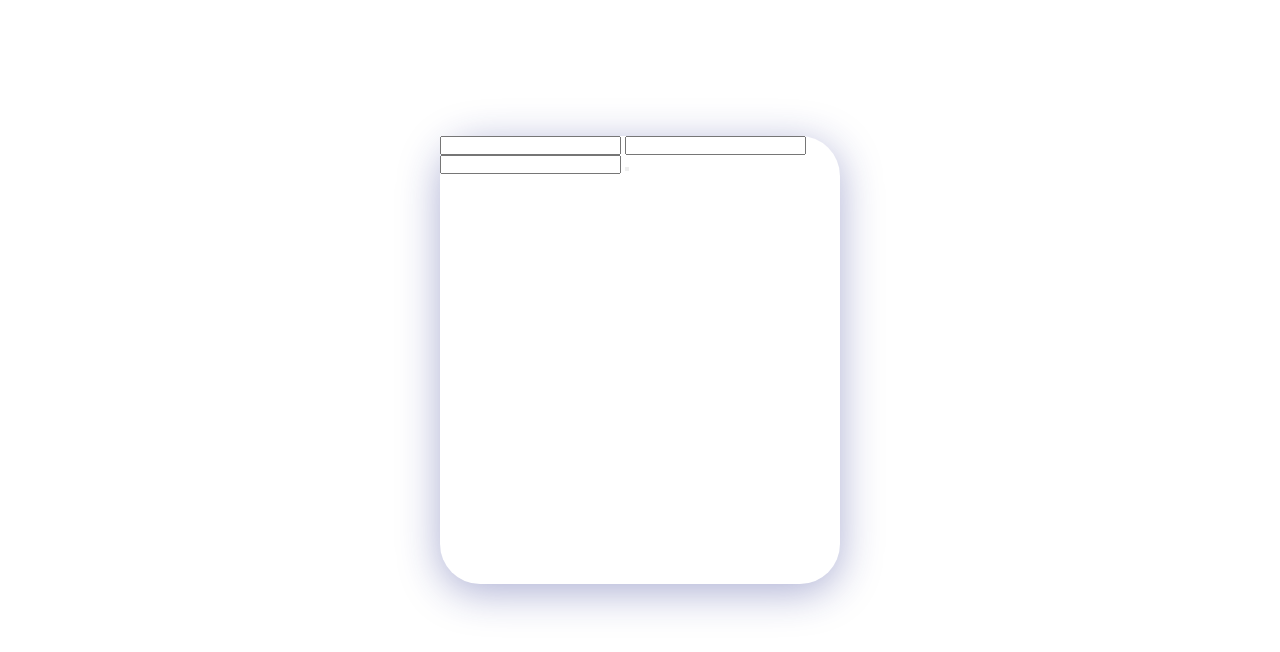
Repository: rkrukshan/Glass_Login_CSS
Page: login.html
An editor plug-in stored every save of this project. The page is shown before and after the next save, followed by the edit.
The browser window is 1280 px wide. The pictures show the whole page.

Above is the page before, as saved 2023-10-02 21:58:41.

### login.html
<!DOCTYPE html>
<html lang="en">
<head>
    <style>
    *
    {
        margin: 0;
        padding: 0;
        box-sizing: border-box;
        cursor: pointer;
    }
    body
    {
        height: 100vh;
        width: 100%;
        display: flex;
        justify-content: center;
        align-items: center;
    }
    form
    {
        width: 25rem;
        height: 28rem;
        flex-direction: column;
        background: rgba(255, 255, 255, 0.06);
        box-shadow: 0 8px 41px 0 rgba(31, 38, 135, .37);
        border-radius: 40px;
        border-left: 1px;
    }
    </style>
    <meta charset="UTF-8">
    <meta name="viewport" content="width=device-width, initial-scale=1.0">
    <title>Document</title>
</head>
<body>
    <form action="">
<label for=""></label>
        <input type="text">
<label for=""></label>
        <input type="text">
<label for=""></label>
        <input type="text">
        <button></button>
    </form>
</body>
</html>

After the next save:
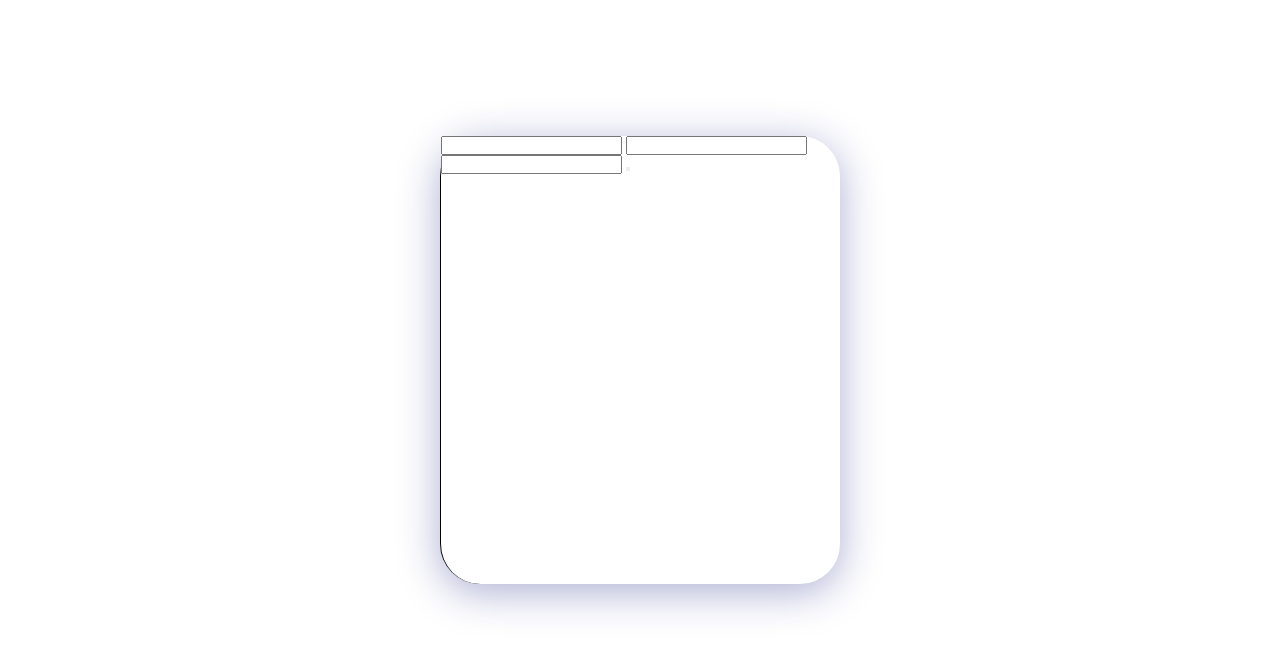
Saved 6 s later.
--- a/login.html
+++ b/login.html
@@ -25,7 +25,7 @@
         background: rgba(255, 255, 255, 0.06);
         box-shadow: 0 8px 41px 0 rgba(31, 38, 135, .37);
         border-radius: 40px;
-        border-left: 1px;
+        border-left: 1px solid;
     }
     </style>
     <meta charset="UTF-8">

After the 2 saves that followed:
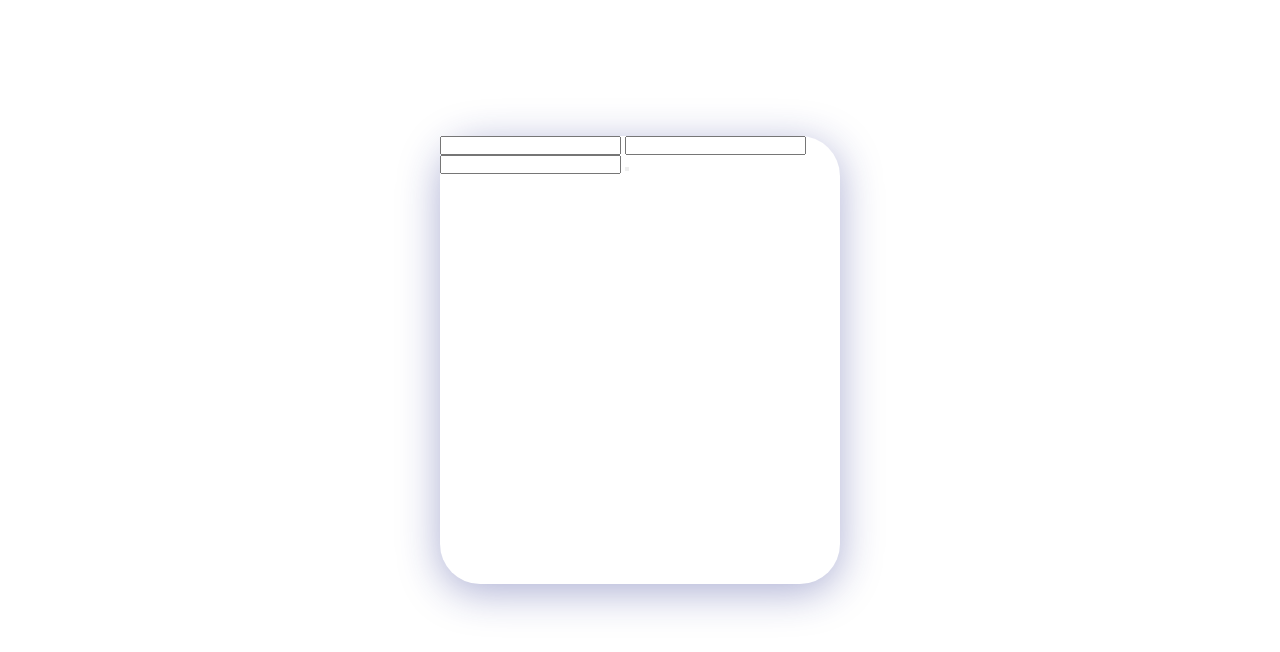
The 2 saves are shown as one change because 1 left the picture as it was.
The last was saved 14 s later.
--- a/login.html
+++ b/login.html
@@ -25,7 +25,7 @@
         background: rgba(255, 255, 255, 0.06);
         box-shadow: 0 8px 41px 0 rgba(31, 38, 135, .37);
         border-radius: 40px;
-        border-left: 1px solid;
+        border-left: 1px solid rgb;
     }
     </style>
     <meta charset="UTF-8">
